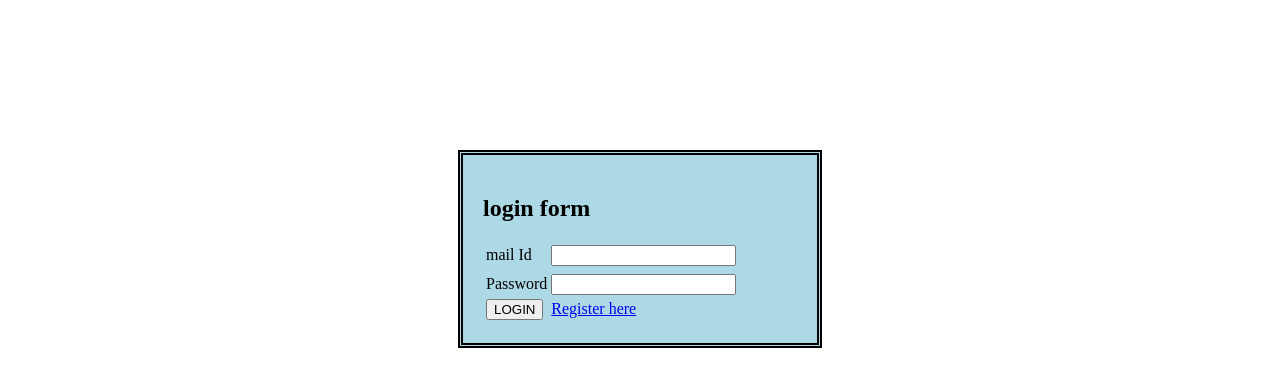
Repository: zeeshan495/Banking_project
Page: http://localhost/Banking/loginUrl
These files come from the project's save history. The page is drawn as it stood at one moment and after the next save; the edit follows.
The browser window is 1280 px wide. The pictures show the whole page.
The page is served by Tomcat 9.

Above is the page before, as saved 2018-11-09 05:51:59.

After the next save:
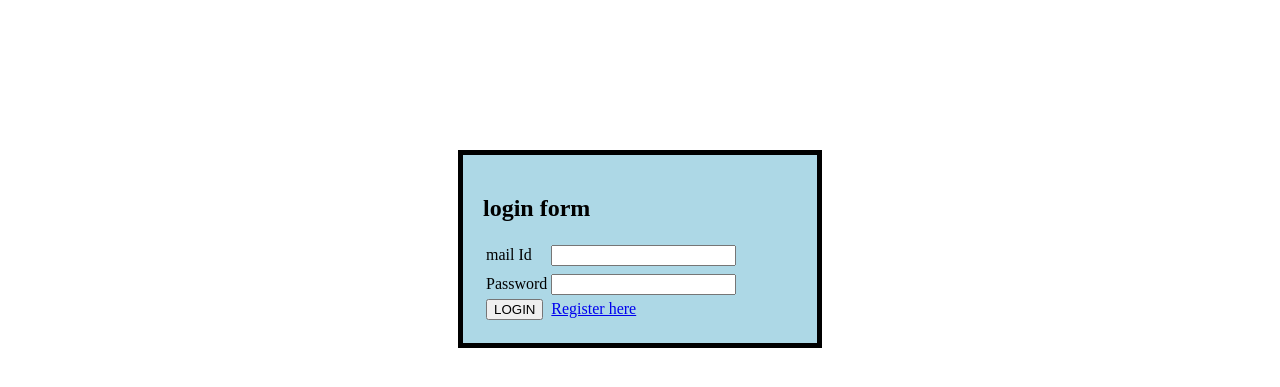
Saved 20 s later.
--- a/Banking/WebContent/login.css
+++ b/Banking/WebContent/login.css
@@ -5,6 +5,5 @@
 	border:1px solid black;
     padding:20px;
     background-color:lightblue;
-    border-style: double;
     border-width: thick;
 }
